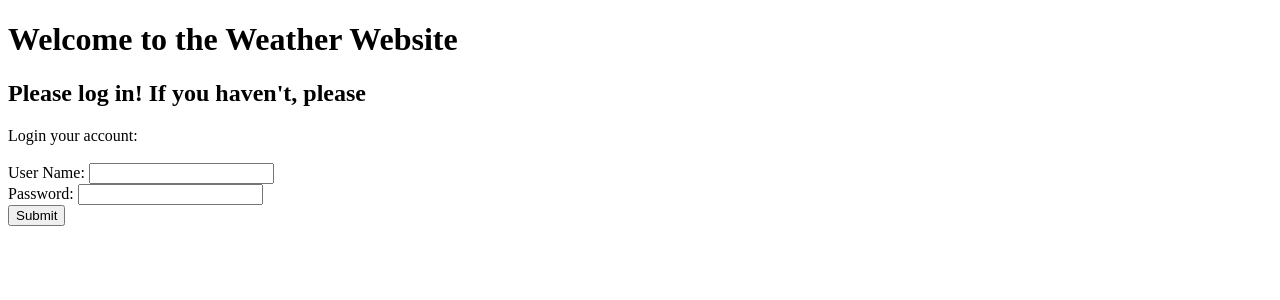
Repository: abuchanan11/CS485
Page: http://localhost/WeatherSite/
An editor plug-in stored every save of this project. The page is shown before and after the next save, followed by the edit.
The browser window is 1280 px wide. The pictures show the whole page.
The page is served by Tomcat 9.

Above is the page before, as saved 2015-12-01 21:06:03.

After the next save:
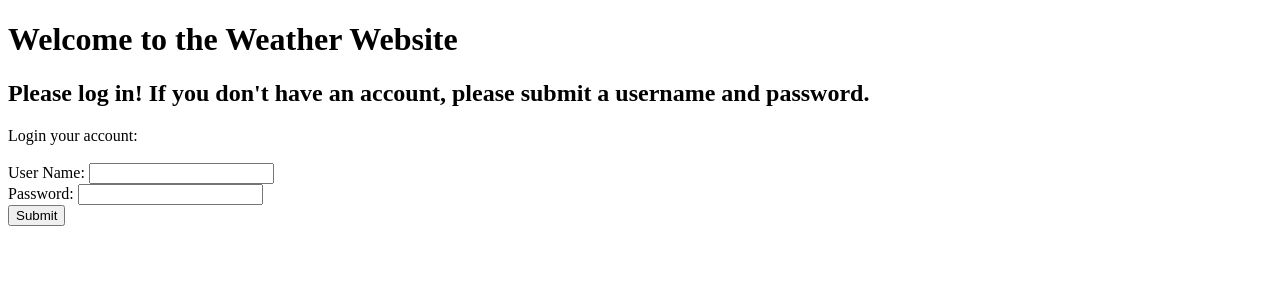
Saved 94 s later.
--- a/WeatherSite/WebContent/index.jsp
+++ b/WeatherSite/WebContent/index.jsp
@@ -11,7 +11,7 @@
 <%@ page import="db.*" %>
 
 <h1>Welcome to the Weather Website</h1>
-<h2>Please log in! If you haven't, please </h2>
+<h2>Please log in! If you don't have an account, please submit a username and password.</h2>
 <form  action="index.jsp" method="get">
 Login your account:<br/><br/>
 
